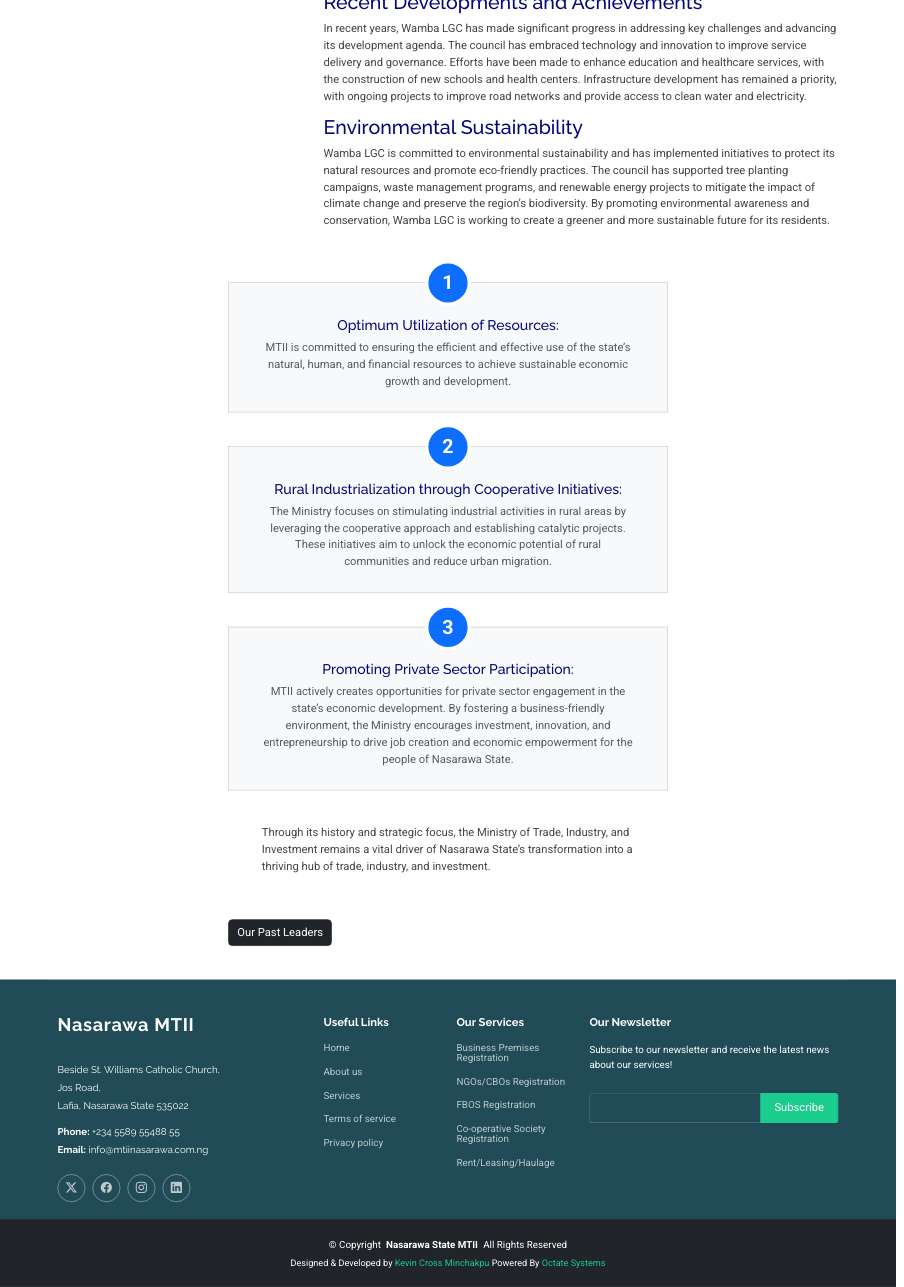
Repository: GlorifiedIntel/wamba-lgc
Page: wamba-history.html
These files come from the project's save history. The page is drawn as it stood at one moment and after the next save; the edit follows.
The browser window is 1280 px wide. The page is 1292 px wide, so the pictures cover 1292 px, including what lies to the right of the window. The pictures show the part of the page from y = 1356 to 3236 px (the page is 3194 px tall before and 3236 px after), at 70% of full size.

Above is the page before, as saved 2025-02-06 02:47:38.
Console error: TypeError: Cannot read properties of null (reading 'click')

After the next save:
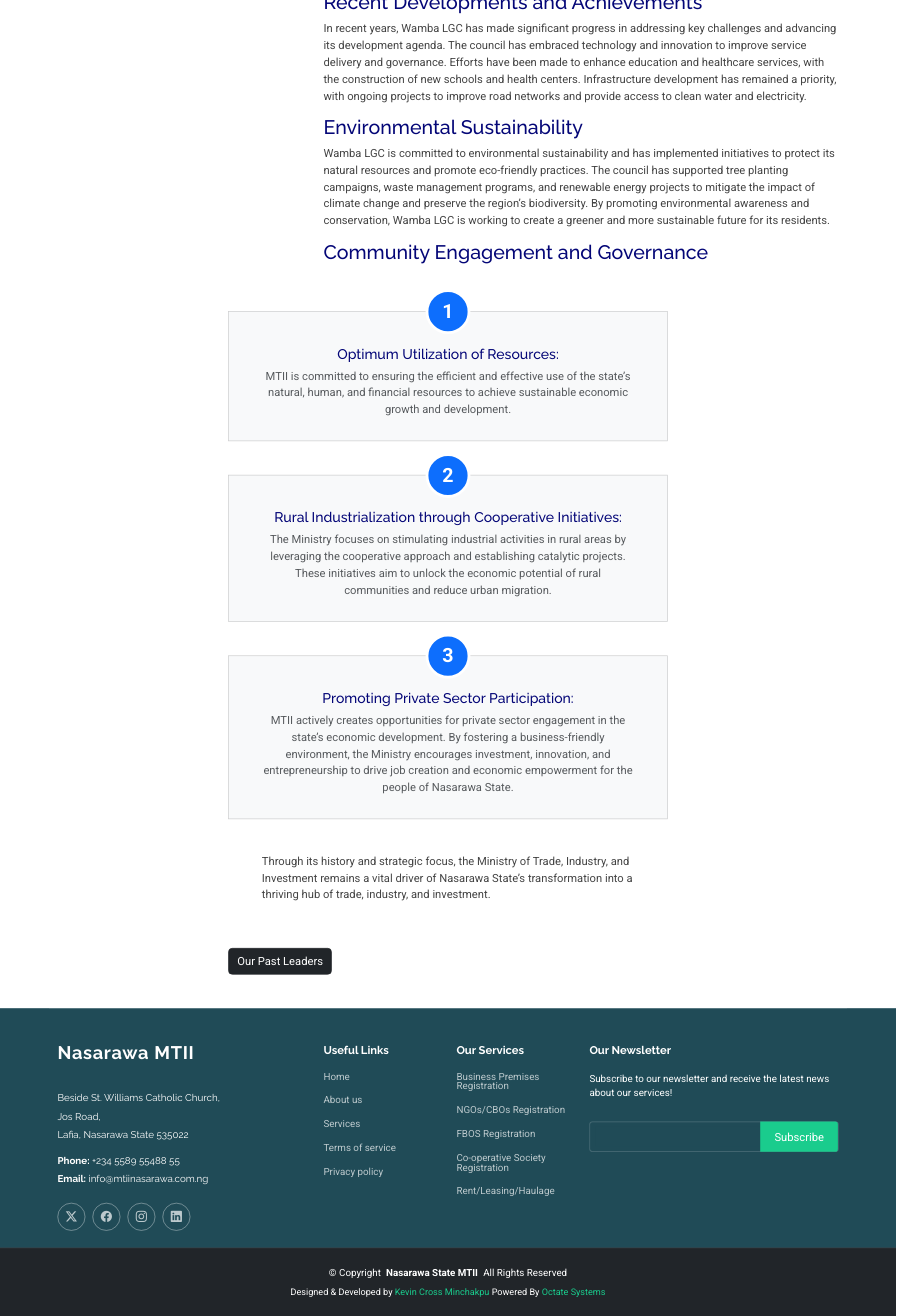
Saved 62 s later.
--- a/wamba-history.html
+++ b/wamba-history.html
@@ -154,7 +154,7 @@
           <p>In recent years, Wamba LGC has made significant progress in addressing key challenges and advancing its development agenda. The council has embraced technology and innovation to improve service delivery and governance. Efforts have been made to enhance education and healthcare services, with the construction of new schools and health centers. Infrastructure development has remained a priority, with ongoing projects to improve road networks and provide access to clean water and electricity.          </p>
         <h3>Environmental Sustainability</h3>
         <p>Wamba LGC is committed to environmental sustainability and has implemented initiatives to protect its natural resources and promote eco-friendly practices. The council has supported tree planting campaigns, waste management programs, and renewable energy projects to mitigate the impact of climate change and preserve the region’s biodiversity. By promoting environmental awareness and conservation, Wamba LGC is working to create a greener and more sustainable future for its residents.</p>
-
+        <h3>Community Engagement and Governance</h3>
 
 
 
